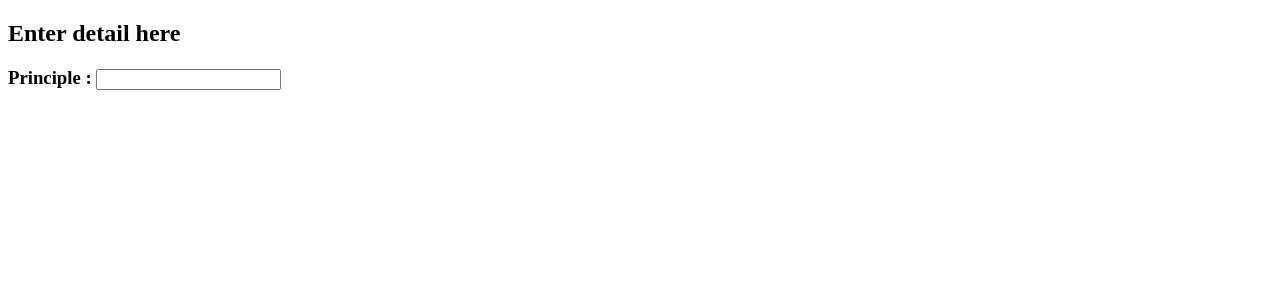
Repository: ishworpanta10/java_csit_seven_sem_programs
Page: http://localhost/JAVA_SERVLET_SIMPLE_INTEREST/
An editor plug-in stored every save of this project. The page is shown before and after the next save, followed by the edit.
The browser window is 1280 px wide. The pictures show the whole page.
The page is served by Tomcat 9. Other server files are loaded and not shown.

Above is the page before, as saved 2021-02-04 08:23:53.

### JAVA_SERVLET_SIMPLE_INTEREST/WebContent/index.jsp
<%@ page language="java" contentType="text/html; charset=UTF-8"
	pageEncoding="UTF-8"%>
<!DOCTYPE html>
<html>
<head>
<meta charset="UTF-8">
<title>Simple Interest Form</title>
</head>
<body>
<h2> Enter detail here</h2>
<form>
	<h3>
		Principle : <input type="text" name="principle" required="required">
	</h3>
</form>

</body>
</html>

After the next save:
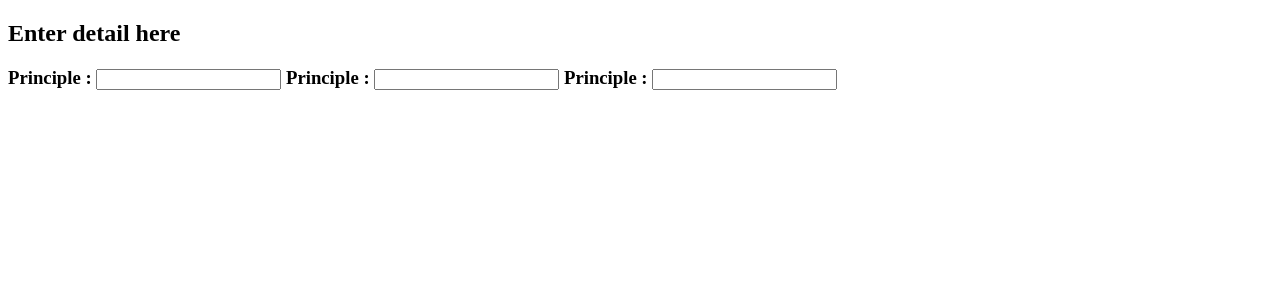
Saved 6 s later.
--- a/JAVA_SERVLET_SIMPLE_INTEREST/WebContent/index.jsp
+++ b/JAVA_SERVLET_SIMPLE_INTEREST/WebContent/index.jsp
@@ -11,6 +11,8 @@
 <form>
 	<h3>
 		Principle : <input type="text" name="principle" required="required">
+		Principle : <input type="text" name="principle" required="required">
+		Principle : <input type="text" name="principle" required="required">
 	</h3>
 </form>
 
